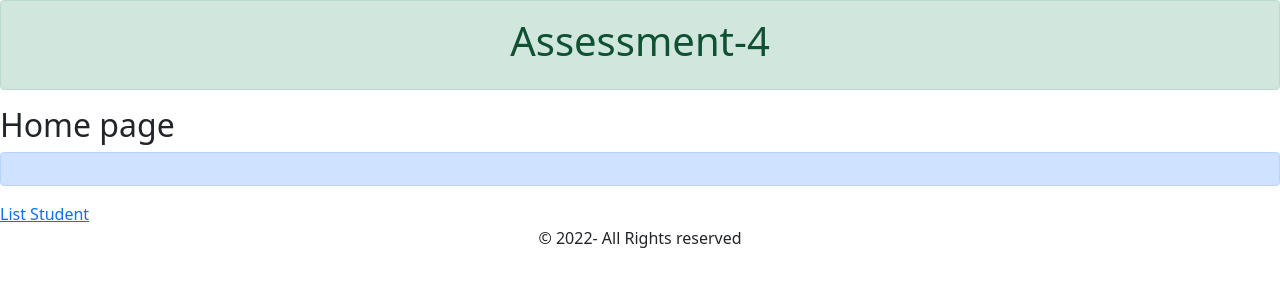
Repository: techpreet/gurwork
Page: http://localhost/student-app/
These files come from the project's save history. The page is drawn as it stood at one moment and after the next save; the edit follows.
The browser window is 1280 px wide. The pictures show the whole page.
The page is served by Tomcat 9. Other server files are loaded and not shown.

Above is the page before, as saved 2022-02-15 15:14:15.

### workspace/student-app/src/main/webapp/WEB-INF/pages/home.jsp
<%@ include file="./header.jspf" %>
	<h2 style="align:center">Home page</h2>

	<div class="alert alert-primary">
		${MSG }
	</div>

	<a href="all-student">List Student</a>


<%@ include file="./footer.jspf" %>

### workspace/student-app/src/main/webapp/WEB-INF/pages/header.jspf
<%@ page language="java" contentType="text/html; charset=UTF-8"
    pageEncoding="UTF-8"%>
<%@ taglib uri="http://java.sun.com/jsp/jstl/core" prefix="nav" %>
<!DOCTYPE html>
<html>
<head>
<meta charset="UTF-8">
<title>Show all students</title>
<link rel="stylesheet" href="./css/bootstrap.css" type="text/css">
</head>
<body>
	<div class="alert alert-success">
		<div class="container">
			<h1 style="text-align:center">Assessment-4</h1>
		</div>
	</div>

### workspace/student-app/src/main/webapp/WEB-INF/pages/footer.jspf




	<div>
		<div class="container text-center">&copy; 2022- All Rights reserved</div>
	</div>

</body>
</html>

Loaded but not shown: workspace/student-app/src/main/webapp/css/bootstrap.css (library)

After the next save:
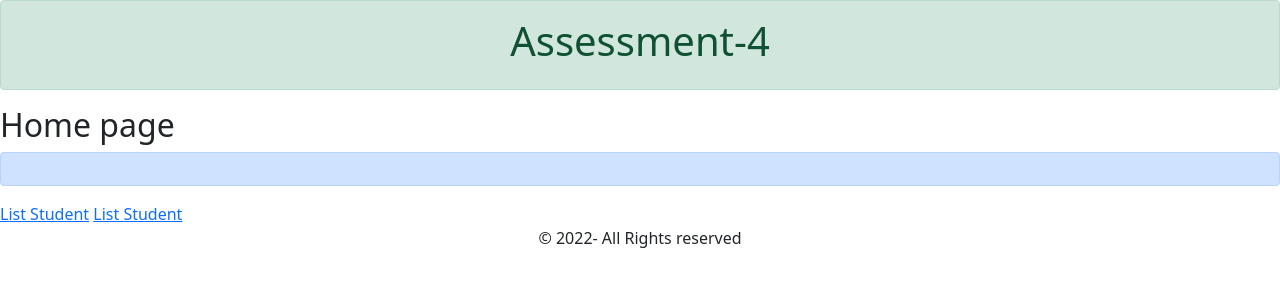
Saved 16 s later.
--- a/workspace/student-app/src/main/webapp/WEB-INF/pages/home.jsp
+++ b/workspace/student-app/src/main/webapp/WEB-INF/pages/home.jsp
@@ -6,6 +6,7 @@
 	</div>
 
 	<a href="all-student">List Student</a>
+	<a href="all-student2">List Student</a>
 
 
 <%@ include file="./footer.jspf" %>
